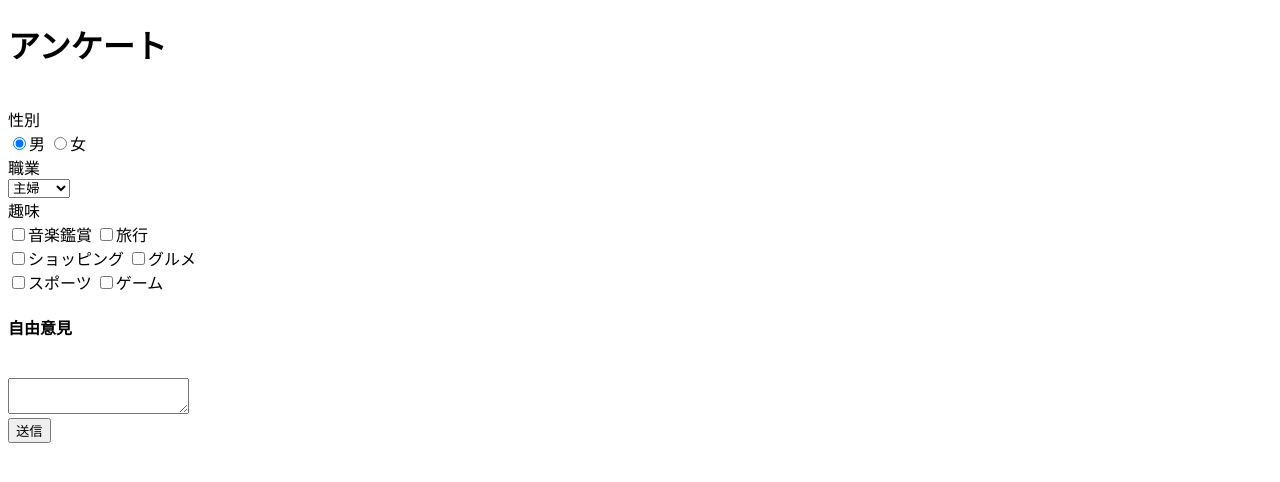
Repository: aiueo20/18ca0155
Page: SSP/kadai0202/WebContent/index.html
These files come from the project's save history. The page is drawn as it stood at one moment and after the next save; the edit follows.
The browser window is 1280 px wide. The pictures show the whole page.

Above is the page before, as saved 2018-11-26 06:12:23.

After the next save:
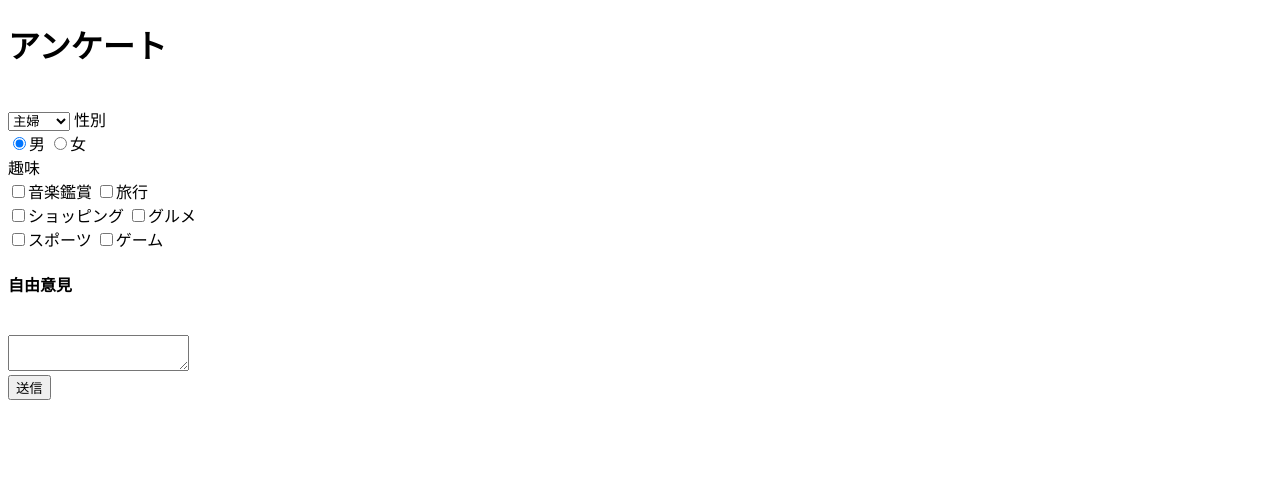
Saved 11 min 42 s later.
--- a/SSP/kadai0202/WebContent/index.html
+++ b/SSP/kadai0202/WebContent/index.html
@@ -7,14 +7,13 @@
 <body>
 	<form action="/kadai0202/EnqServlet" method="get">
 		<h1>アンケート</h1><br>
-		性別<br><input type="radio" name="gender" value="男" checked>男
-		<input type="radio" name="gender" value="女">女<br>
-		職業<br>
 		<select name = "job">
 			<option value = "主婦">主婦</option>
 			<option value = "会社員">会社員</option>
 			<option value = "その他">その他</option>
-		</select><br>
+		</select>
+		性別<br><input type="radio" name="gender" value="男" checked>男
+		<input type="radio" name="gender" value="女">女<br>
 		趣味<br>
 		<input type="checkbox" name="hobby" value="音楽鑑賞">音楽鑑賞
 		<input type="checkbox" name="hobby" value="旅行">旅行<br>
